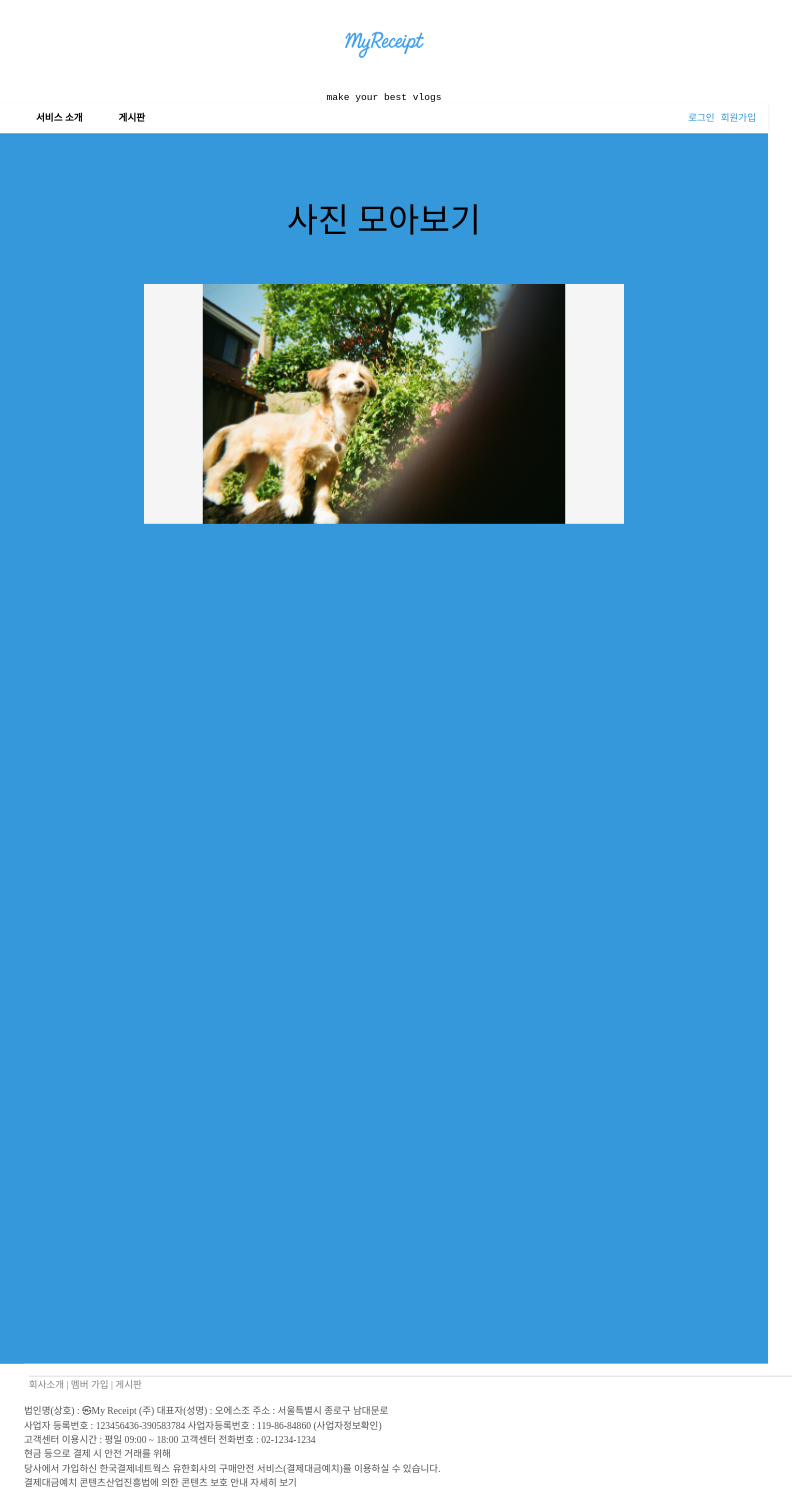
Repository: shong69/mini-project
Page: http://localhost/myReceipt2/index
An editor plug-in stored every save of this project. The page is shown before and after the next save, followed by the edit.
The browser window is 1280 px wide. The page is 1320 px wide, so the pictures cover 1320 px, including what lies to the right of the window. The pictures show the whole page, at 60% of full size.
Some web fonts or font styles are not loaded; a fallback is used. The page is served by Tomcat 10.

Above is the page before, as saved 2025-05-07 01:52:44.

After the next save:
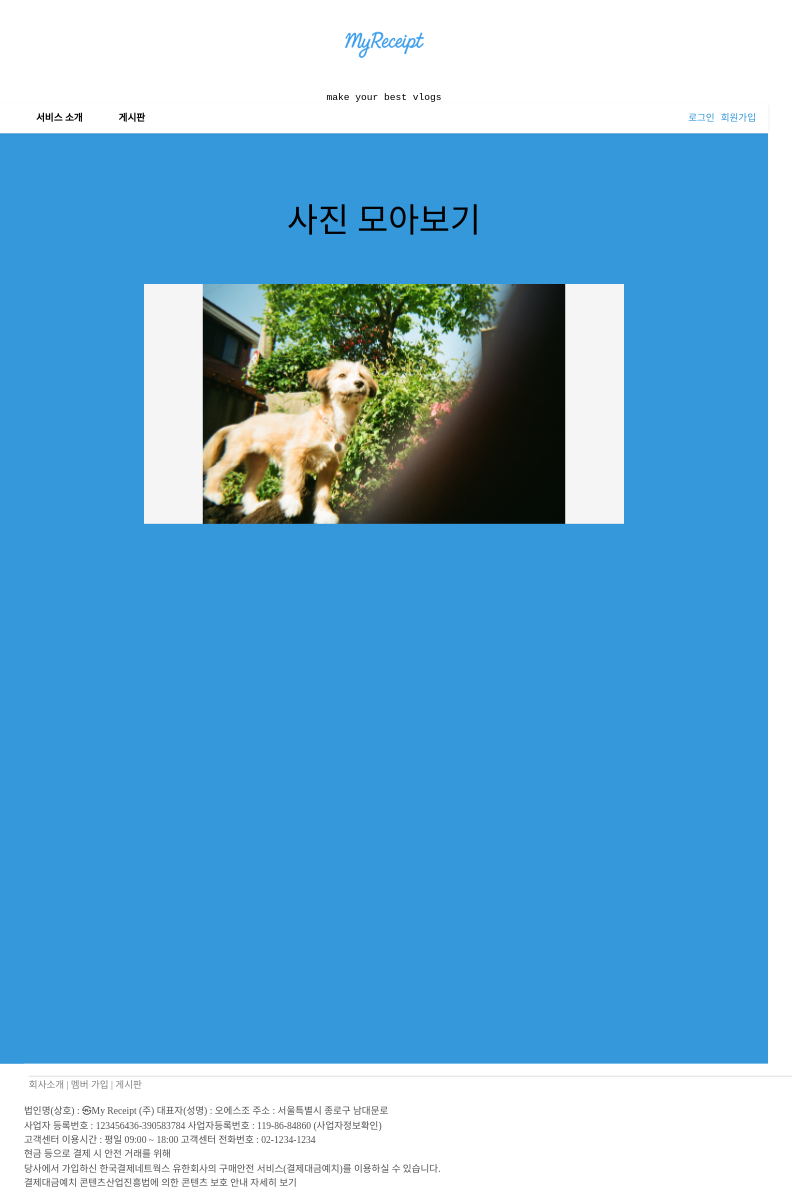
Saved 5 s later.
--- a/jspProject/myReceipt2/src/main/webapp/WEB-INF/views/index.jsp
+++ b/jspProject/myReceipt2/src/main/webapp/WEB-INF/views/index.jsp
@@ -37,7 +37,7 @@ $(function(){
 			<div><img src="resources/imgs/carousel3.jpg"></div>
 			<div><img src="resources/imgs/carousel4.jpg"></div>
 		</div>
-		<div style="height:1000px;"></div>
+		<div style="height:500px;"></div>
 	</main>
 	<jsp:include page="/WEB-INF/views/common/footer.jsp"></jsp:include>
 </body>
